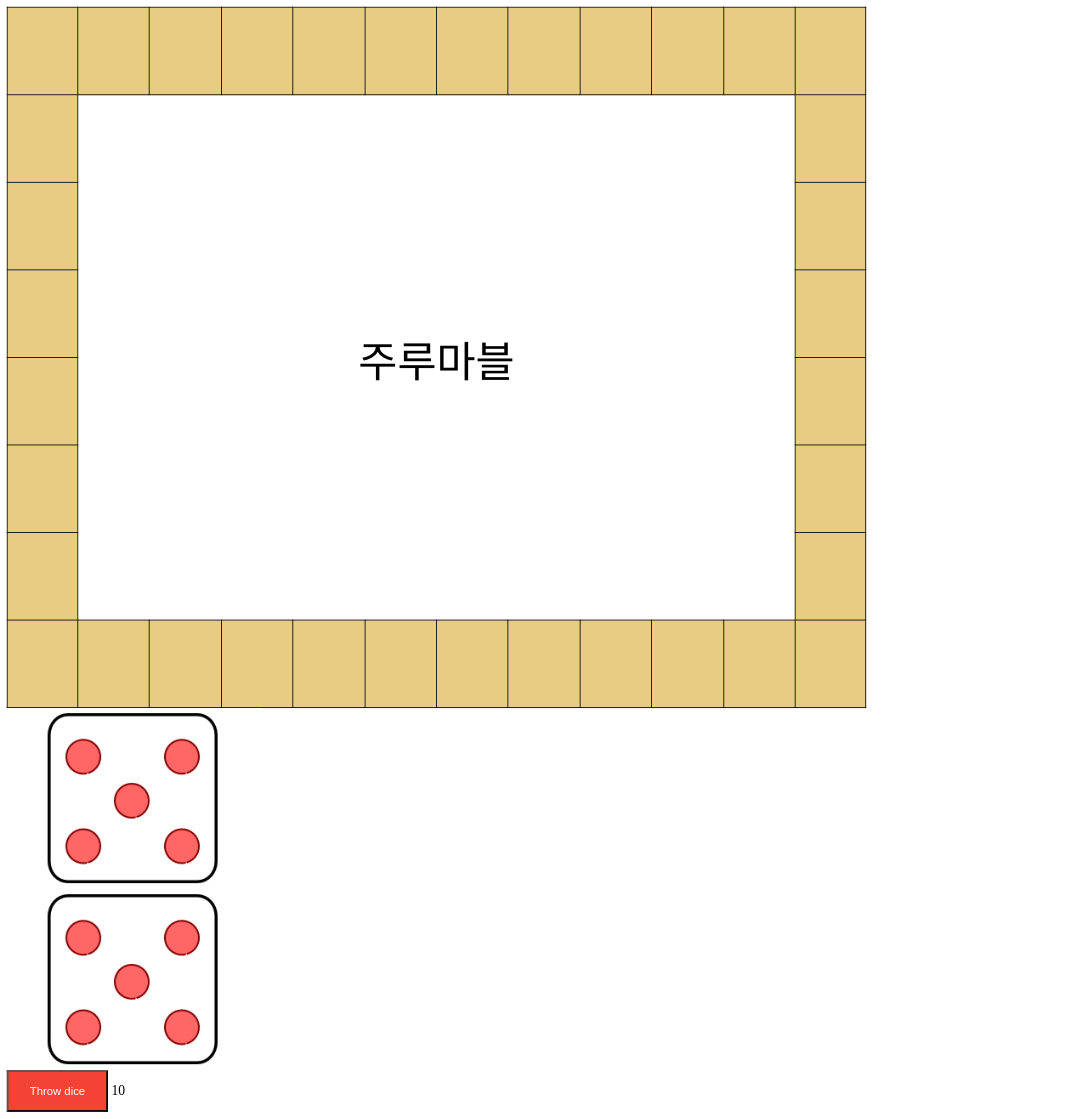
Repository: boseung2/Study-JSP
Page: http://localhost/MyWebSite/soju.jsp
An editor plug-in stored every save of this project. The page is shown before and after the next save, followed by the edit.
The browser window is 1280 px wide. The pictures show the whole page, at 85% of full size.
The page is served by Tomcat 9. Other server files are loaded and not shown.

Above is the page before, as saved 2021-01-21 02:11:51.

### MyWebSite/WebContent/soju.jsp
<%@ page language="java" contentType="text/html; charset=UTF-8"
    pageEncoding="UTF-8"%>
<!DOCTYPE html>
<html>
<head>
<meta charset="UTF-8">
<title>주루마블</title>
<style>
	button {
	  background-color: #f44336;
	  color: white;
	  padding: 15px 25px;
	  text-align: center;
	  text-decoration: none;
	  display: inline-block;
	}
    table, th, td {
        border: 1px solid black;
        border-collapse: collapse;
      }
      table {
        width: 80%;
        height: 600px;
      }

    .goldblock {
        background-color: rgb(233, 204, 132);
        text-align: center;
        width: 400px;
        height: 100px;
    }
    .whiteblock {
        background-color: white;
        text-align: center;
        width: 400px;
        height: 100px;
    }

    #center {
        font-size: 50px;
        text-align: center;
    }
    div.a {
    	display: inline;
    }
    div.b {
    	display: inline;
    }
</style>
</head>
<body>
<%
int random1 = (int) (Math.random() * 6 + 1);
int random2 = (int) (Math.random() * 6 + 1);
int sum = random1 + random2;
%>
<div class="a">
<table>
        <tr>
          <td class="goldblock" id="8"></td>
          <td class="goldblock" id="9"></td>
          <td class="goldblock" id="10"></td>
          <td class="goldblock" id="11"></td>
          <td class="goldblock" id="12"></td>
          <td class="goldblock" id="13"></td>
          <td class="goldblock" id="14"></td>
          <td class="goldblock" id="15"></td>
          <td class="goldblock" id="16"></td>
          <td class="goldblock" id="17"></td>
          <td class="goldblock" id="18"></td>
          <td class="goldblock" id="19"></td>
        </tr>
        <tr>
            <td class="goldblock" id="7"></td>
            <td colspan="10" rowspan="6" id="center">주루마블</td>
            <td class="goldblock" id="20"></td>
          </tr>
          <tr>
            <td class="goldblock" id="6"></td>
            <td class="goldblock" id="21"></td>
          </tr>
          <tr>
            <td class="goldblock" id="5"></td>
            <td class="goldblock" id="22"></td>
          </tr>
          <tr>
            <td class="goldblock" id="4"></td>
            <td class="goldblock" id="23"></td>
          </tr>
          <tr>
            <td class="goldblock" id="3"></td>
            <td class="goldblock" id="24"></td>
          </tr>
          <tr>
            <td class="goldblock" id="2"></td>
            <td class="goldblock" id="25"></td>
          </tr>
          <tr>
            <td class="goldblock" id="1"></td>
            <td class="goldblock" id="26"></td>
            <td class="goldblock" id="27"></td>
            <td class="goldblock" id="28"></td>
            <td class="goldblock" id="29"></td>
            <td class="goldblock" id="30"></td>
            <td class="goldblock" id="31"></td>
            <td class="goldblock" id="32"></td>
            <td class="goldblock" id="33"></td>
            <td class="goldblock" id="34"></td>
            <td class="goldblock" id="35"></td>
            <td class="goldblock" id="36"></td>
          </tr>
      </table>
</div>
<div class="b">
<%
for(int i=1; i<=6; i++) {
	for(int j=1; j<=6; j++) {
		if(random1 == i && random2 == j) {
%>
<img src="/image/dice<%=random1 %>.jpg" alt="dice\"><br>
<img src="/image/dice<%=random2 %>.jpg" alt="dice\"><br>
<%
				}
			}
		}
%>
<button onclick="document.location='soju.jsp'">Throw dice</button>
<%=sum %>
</div>
</body>
</html>

After the next save:
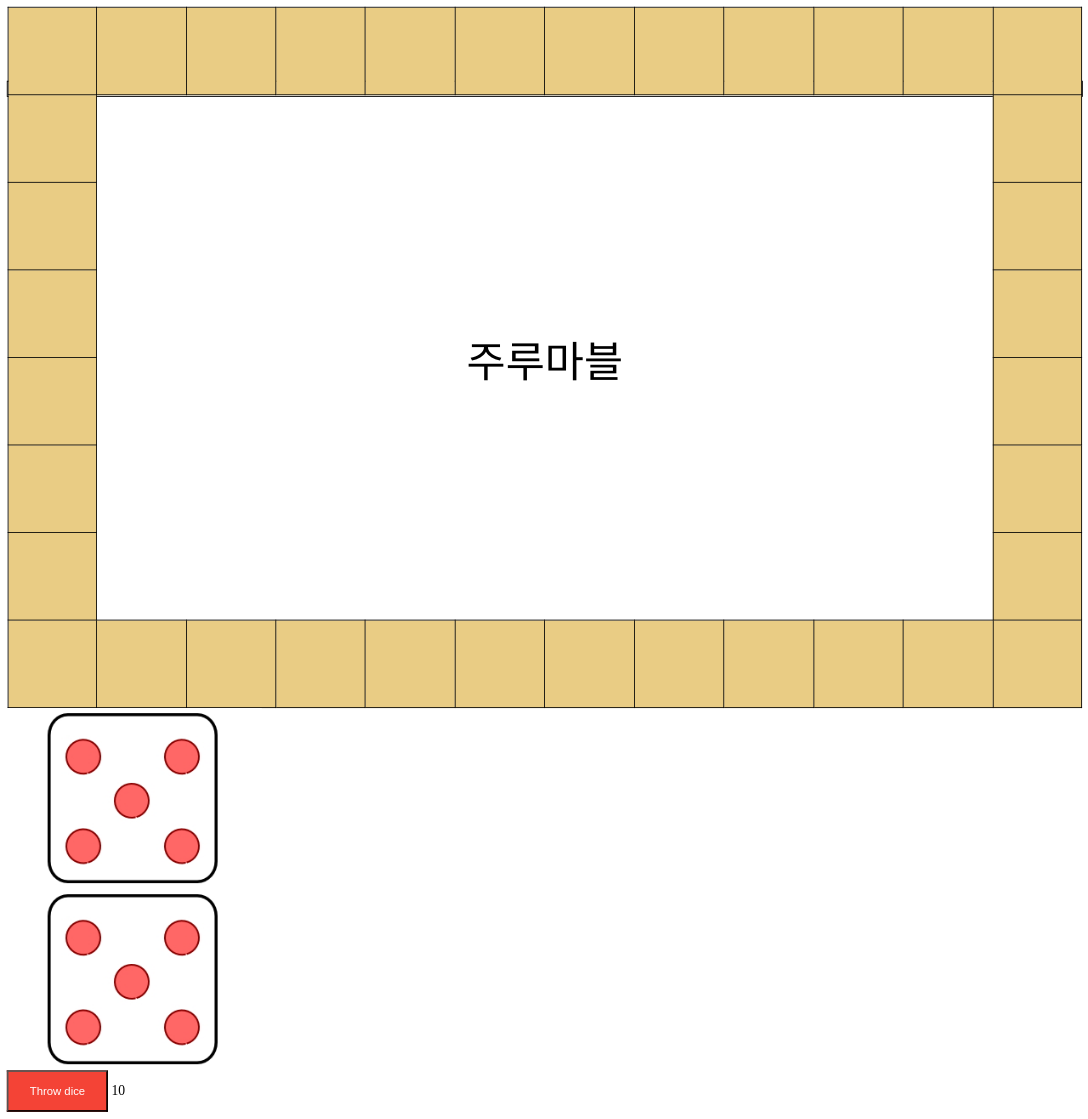
Saved 78 s later.
--- a/MyWebSite/WebContent/soju.jsp
+++ b/MyWebSite/WebContent/soju.jsp
@@ -44,6 +44,9 @@
     	display: inline;
     }
     div.b {
+    	display: inline;
+    }
+    table {
     	display: inline;
     }
 </style>

After the 2 saves that followed:
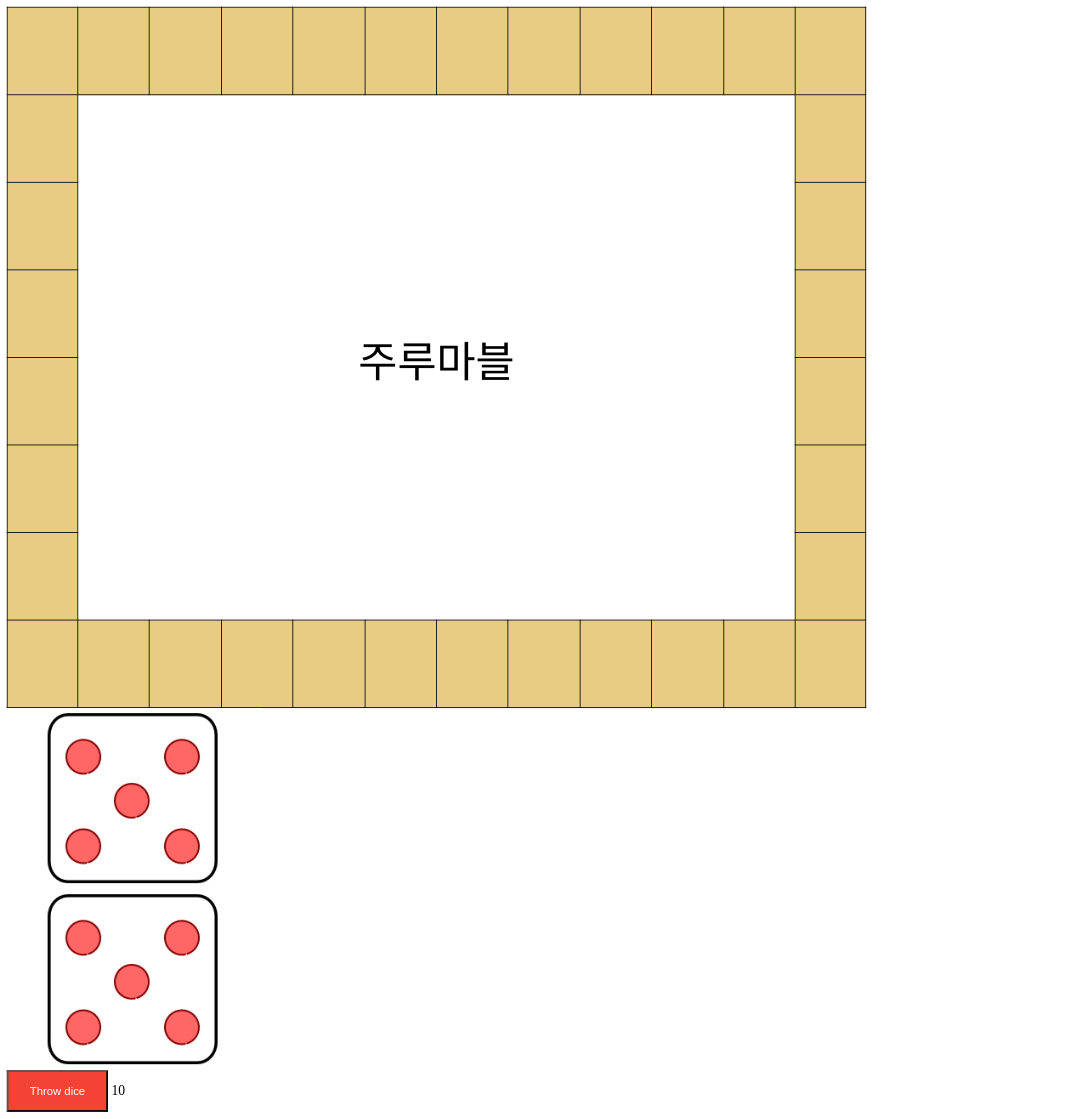
The 2 saves are shown as one change because 1 left the picture as it was.
The last was saved 88 s later.
--- a/MyWebSite/WebContent/soju.jsp
+++ b/MyWebSite/WebContent/soju.jsp
@@ -14,14 +14,16 @@
 	  text-decoration: none;
 	  display: inline-block;
 	}
+
     table, th, td {
         border: 1px solid black;
         border-collapse: collapse;
-      }
-      table {
+    }
+
+    table {
         width: 80%;
         height: 600px;
-      }
+    }
 
     .goldblock {
         background-color: rgb(233, 204, 132);
@@ -44,9 +46,6 @@
     	display: inline;
     }
     div.b {
-    	display: inline;
-    }
-    table {
     	display: inline;
     }
 </style>
